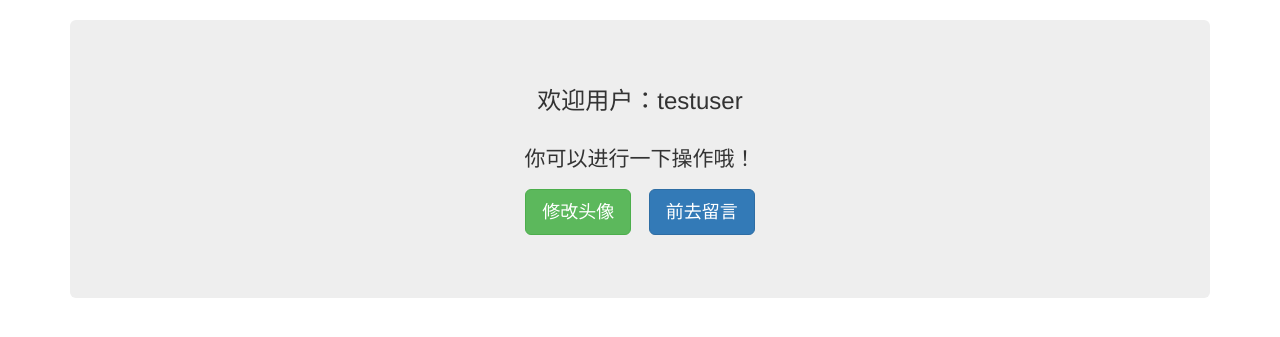
Repository: suxiaohutot/PHP
Page: http://localhost/myzone.php
An editor plug-in stored every save of this project. The page is shown before and after the next save, followed by the edit.
The browser window is 1280 px wide. The pictures show the whole page.
The page is run by PHP 8.4 with error messages shown; the project is at /var/www/html/. The session is filled in as if someone had signed in: {"username": "testuser", "id": 1}.

Above is the page before, as saved 2019-11-01 08:02:47.

After the next save:
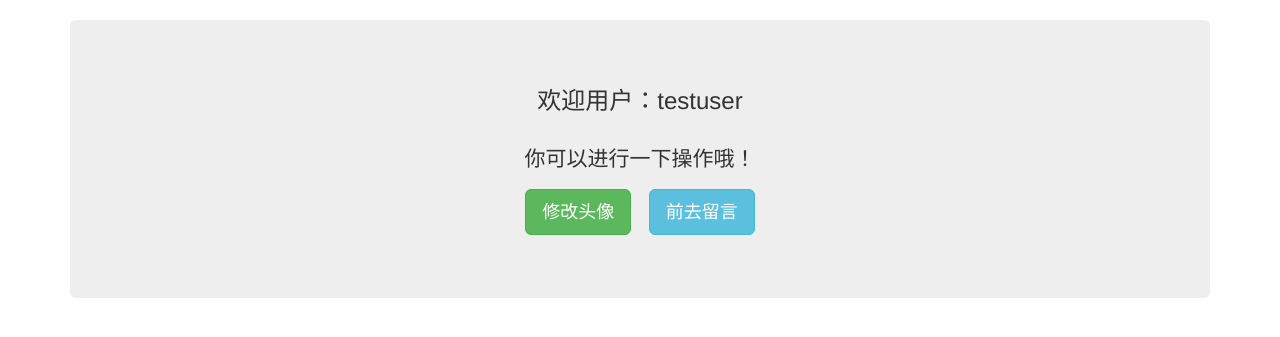
Saved 26 s later.
--- a/test/myzone.php
+++ b/test/myzone.php
@@ -21,7 +21,7 @@
         <p>你可以进行一下操作哦！</p>
         <p>
         	<a href="#" class="btn btn-success btn-lg" role="button">修改头像</a>&nbsp;&nbsp;
-        	<a href="#" class="btn btn-primary btn-lg" role="button">前去留言</a>
+        	<a href="#" class="btn btn-info btn-lg" role="button">前去留言</a>
       	</p>
    </div>
 </div>
